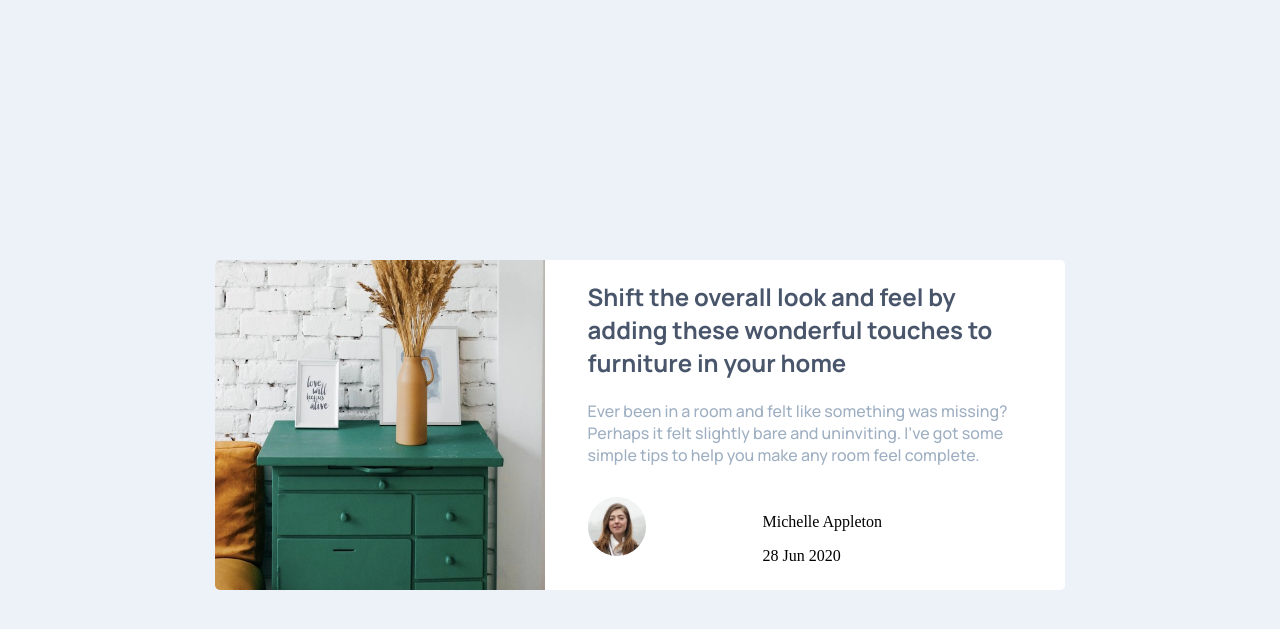
Repository: ricky603/training-css
Page: article-preview-component-master/index.html
These files come from the project's save history. The page is drawn as it stood at one moment and after the next save; the edit follows.
The browser window is 1280 px wide. The pictures show the whole page.

Above is the page before, as saved 2020-09-09 09:12:13.

### article-preview-component-master/index.html
<!DOCTYPE html>
<html lang="en">

<head>
    <meta charset="UTF-8">
    <meta name="viewport" content="width=device-width, initial-scale=1.0">
    <!-- displays site properly based on user's device -->

    <link rel="icon" type="image/png" sizes="32x32" href="./images/favicon-32x32.png">
    <link rel="stylesheet" href="./styles.css">
    <link href="https://fonts.googleapis.com/css2?family=Manrope:wght@500;700&display=swap" rel="stylesheet">

    <title>Frontend Mentor | Article preview component</title>

    <!-- Feel free to remove these styles or customise in your own stylesheet 👍 -->
</head>

<body>
    <div class="article">
        <div id="image">
            <img src="./images/drawers.jpg" class="drawer">
        </div>

        <div class="post">
            <div class="head">
                <h2>Shift the overall look and feel by adding these wonderful touches to furniture in your home</h2>
            </div>
            <div class="body">
                <p>Ever been in a room and felt like something was missing? Perhaps it felt slightly bare and uninviting. I’ve got some simple tips to help you make any room feel complete.</p>
            </div>
            <div class="avatar">
                <img src="./images/avatar-michelle.jpg" class="profile">
                <div class="name">
                    <p>Michelle Appleton</p>
                    <p>28 Jun 2020</p>
                </div>
            </div>
        </div>
    </div>


</body>

</html>

<!--

  Ever been in a room and felt like something was missing? Perhaps
  it felt slightly bare and uninviting. I’ve got some simple tips
  to help you make any room feel complete.

  Michelle Appleton
  28 Jun 2020

  Share -->

### article-preview-component-master/styles.css
body {
    background-color: hsl(210, 46%, 95%);
}

h2 {
    font-family: 'Manrope';
    font-weight: 700;
}

#image {
    display: inline-block;
}

.post {
    position: absolute;
    width: 52%;
    display: inline-block;
    margin: 0% 5% 1% 5%;
}

.body {
    position: relative;
    display: inline-block;
    font-family: 'Manrope';
    font-weight: 500;
    font-size: 16px;
    color: hsl(212, 23%, 69%);
    bottom: 15px;
}

.head {
    display: inline-block;
    color: hsl(217, 19%, 35%);
}

.article {
    position: fixed;
    width: 850px;
    height: 330px;
    background-color: white;
    margin: auto;
    top: 50%;
    left: 50%;
    margin-top: -100px;
    margin-left: -425px;
    border-radius: 5px;
}

.drawer {
    width: 330px;
    height: 330px;
    border-radius: 5px 0 0 5px;
}

.attribution {
    font-size: 11px;
    text-align: center;
}

.attribution a {
    color: hsl(228, 45%, 44%);
}

.avatar {
    display: inline-block;
}

.profile {
    height: 20%;
    width: 20%;
    border-radius: 100%;
}

.name {
    float: right;
}

After the next save:
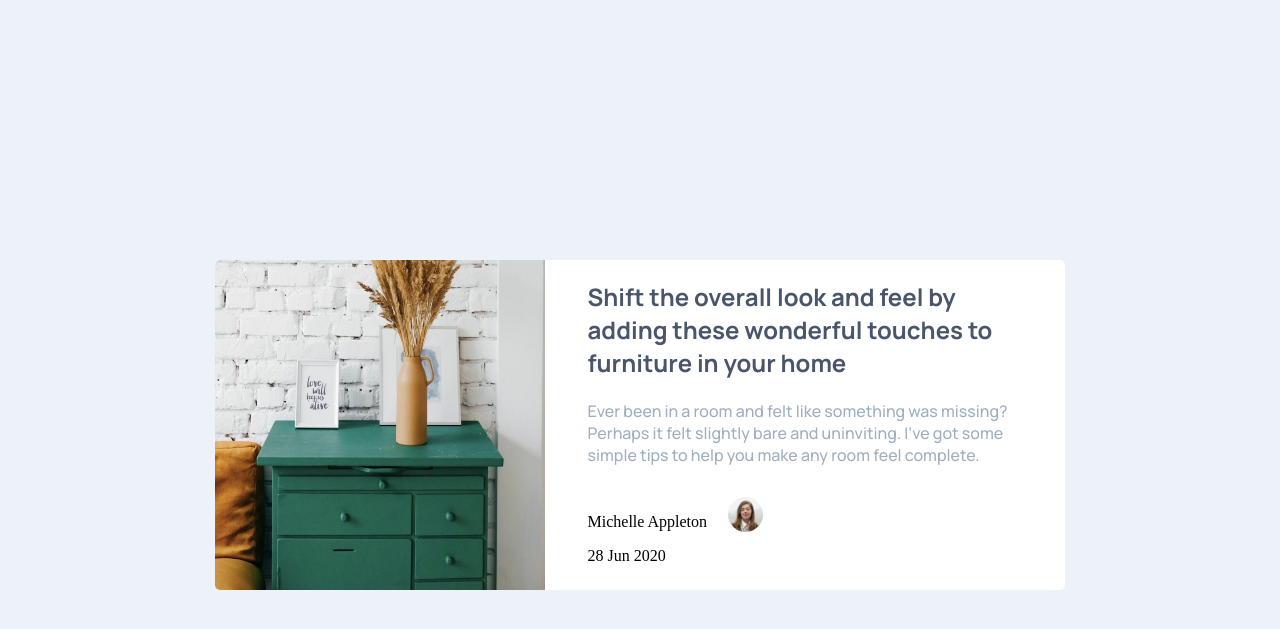
Saved 2 min 20 s later.
--- a/article-preview-component-master/styles.css
+++ b/article-preview-component-master/styles.css
@@ -69,8 +69,5 @@ h2 {
     height: 20%;
     width: 20%;
     border-radius: 100%;
-}
-
-.name {
     float: right;
 }
